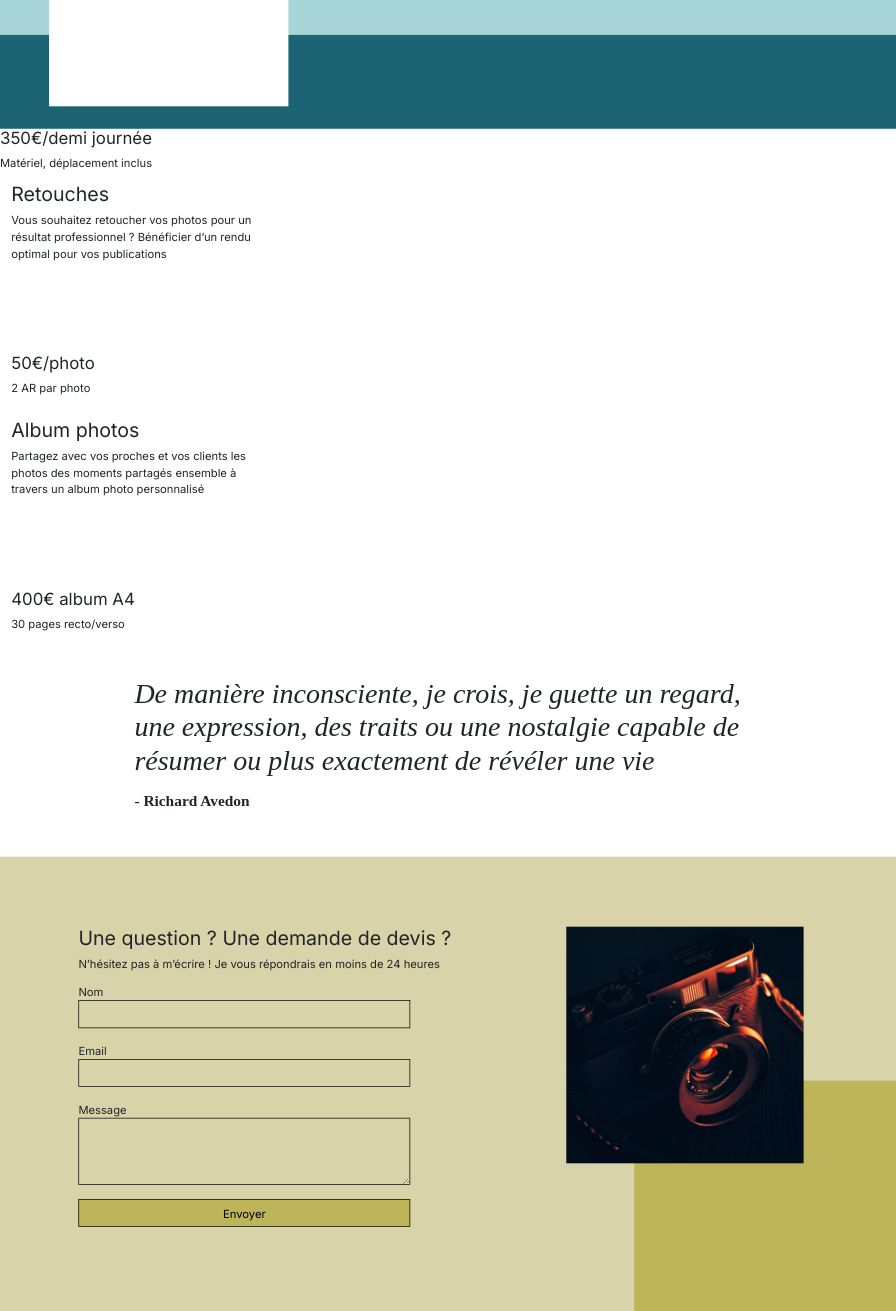
Repository: Dimple3377/project-9
Page: index.html
These files come from the project's save history. The page is drawn as it stood at one moment and after the next save; the edit follows.
The browser window is 1280 px wide. The pictures show the part of the page from y = 3167 to 5087 px (the page is 5040 px tall before and 5087 px after), at 70% of full size.
Some web fonts or font styles are not loaded; a fallback is used.

Above is the page before, as saved 2024-04-15 02:24:51.

### index.html
<!DOCTYPE html>
<html lang="fr">
  <head>
    <meta name="viewport" content="width=device-width, initial-scale=1.0" />
    <title>Nina Carducci - Photographe</title>
    <!-- Titre de la page ajouté ici -->
    <meta
      name="description"
      content="Explorez le portfolio de Nina Carducci, photographe spécialisée dans les mariages, portraits et événements en Île-de-France."
    />
    <!-- Meta description ajoutée ici -->
    <link rel="stylesheet" href="./assets/bootstrap/bootstrap.css" />
    <link rel="stylesheet" href="./assets/style.css" />
    <link rel="preconnect" href="https://fonts.googleapis.com" />
    <link rel="preconnect" href="https://fonts.gstatic.com" crossorigin />
    <link
      href="https://fonts.googleapis.com/css2?family=Inter&family=Spectral:ital,wght@0,400;1,300;1,400;1,800&display=swap"
      rel="stylesheet"
    />
    <meta charset="UTF-8" />
    <script src="./assets/bootstrap/bootstrap.bundle.js"></script>
    <script
      src="https://code.jquery.com/jquery-3.4.1.min.js"
      integrity="sha256-CSXorXvZcTkaix6Yvo6HppcZGetbYMGWSFlBw8HfCJo="
      crossorigin="anonymous"
    ></script>
    <script src="./assets/maugallery.js"></script>
    <script src="./assets/scripts.js"></script>
  </head>
  <body>
    <div class="top-header">
      <h1 class="name">Nina Carducci</h1> <!-- Changé en h1 pour indiquer le titre principal -->
      <nav class="nav">
        <ul>
          <li><a href="#about">À propos</a></li>
          <li><a href="#gallery">Galerie</a></li>
          <li><a href="#services">Service</a></li>
          <li><a href="#contact">Contact</a></li>
          <li>
            <a
              class="social-link"
              href="https://www.instagram.com/ninacarducci.photo/?hl=fr"
              target="_blank"
              ><img
                src="assets/images/instagram.png"
                alt="Logo Instagram - Suivez Nina Carducci"
            /></a>
          </li>
        </ul>
      </nav>
    </div>
    <div id="header">
      <div
        id="carouselExampleIndicators"
        class="carousel slide"
        data-bs-ride="carousel"
      >
        <div class="carousel-indicators">
          <button
            type="button"
            data-bs-target="#carouselExampleIndicators"
            data-bs-slide-to="0"
            class="active"
            aria-current="true"
            aria-label="Slide 1"
          ></button>
          <button
            type="button"
            data-bs-target="#carouselExampleIndicators"
            data-bs-slide-to="1"
            aria-label="Slide 2"
          ></button>
          <button
            type="button"
            data-bs-target="#carouselExampleIndicators"
            data-bs-slide-to="2"
            aria-label="Slide 3"
          ></button>
        </div>
        <div class="carousel-inner">
          <div class="carousel-item active">
            <img
              src="./assets/images/slider/ryoji-iwata-wUZjnOv7t0g-unsplash.jpg"
              class="d-block w-100"
              alt="Vue urbaine capturée par Ryoji Iwata"
            />
          </div>
          <div class="carousel-item">
            <img
              src="./assets/images/slider/nicholas-green-nPz8akkUmDI-unsplash.jpg"
              class="d-block w-100"
              alt="Paysage tranquille par Nicholas Green"
            />
          </div>
          <div class="carousel-item">
            <img
              src="./assets/images/slider/edward-cisneros-3_h6-1NPDGw-unsplash.jpg"
              class="d-block w-100"
              alt="Portrait émotionnel par Edward Cisneros"
            />
          </div>
        </div>
        <button
          class="carousel-control-prev"
          type="button"
          data-bs-target="#carouselExampleIndicators"
          data-bs-slide="prev"
        >
          <span class="carousel-control-prev-icon" aria-hidden="true"></span>
          <span class="visually-hidden">Previous</span>
        </button>
        <button
          class="carousel-control-next"
          type="button"
          data-bs-target="#carouselExampleIndicators"
          data-bs-slide="next"
        >
          <span class="carousel-control-next-icon" aria-hidden="true"></span>
          <span class="visually-hidden">Next</span>
        </button>
      </div>
    </div>
    <section id="about">
      <h2>A propos de moi</h2> <!-- Changé en h2 pour les grandes sections -->
      <div class="picture left">
        <img src="./assets/images/nina.png" alt="Nina Carducci souriante" />
      </div>
      <div id="about-me">
      <p>
          Devenir photographe était pour moi une évidence. Comme si j’y étais
          prédestiné. Saisir un moment, une émotion, une situation, un endroit,
          une lumière et les rendre immortels, voilà ce qui me fait vibrer.</p>

        <p>
          Nous passons notre vie à chercher le bonheur, et lorsque nous y
          touchons, nous n’avons qu’une envie : le figer au travers de
          photographies pour le savourer avec les personnes qui sont importantes
          à nos yeux, ou le partager au plus grand nombre. C’est ce que je vous
          propose : saisir ces merveilleux moments au travers de mon regard, mon
          approche, ma technique. Rendre ces moments immortels, afin que vous
          puissiez y puiser de l’amour, du bonheur, de la tendresse et de
          lumière à chaque fois que vous poserez les yeux sur vos photos.
        </p>
      </div>
    </section>

    <section id="gallery">
      <h2>Portfolio</h2>
      <div class="container py-3">
        <div class="gallery" style="display: none">
          <img
            data-gallery-tag="Concert"
            class="gallery-item"
            src="./assets/images/gallery/concerts/aaron-paul-wnX-fXzB6Cw-unsplash.jpg"
            alt="Foule lors d'un concert de nuit"
          />
          <img
            data-gallery-tag="Entreprises"
            class="gallery-item"
            src="./assets/images/gallery/entreprise/ali-morshedlou-WMD64tMfc4k-unsplash.jpg"
            alt="Intérieur d'un bureau moderne"
          />
          <img
            data-gallery-tag="Entreprises"
            class="gallery-item"
            src="./assets/images/gallery/entreprise/jason-goodman-tHO1_OuKbg0-unsplash.jpg"
            alt="Réunion d'équipe en entreprise"
          />
          <img
            data-gallery-tag="Mariages"
            class="gallery-item"
            src="./assets/images/gallery/mariage/hannah-busing-RvF2R_qMpRk-unsplash.jpg"
            alt="Couple se mariant sous un ciel clair"
          />
          <img
            data-gallery-tag="Portrait"
            class="gallery-item"
            src="./assets/images/gallery/portraits/ade-tunji-rVkhWWZFAtQ-unsplash.jpg"
            alt="Portrait d'un homme en lumière naturelle"
          />
          <img
            data-gallery-tag="Mariages"
            class="gallery-item"
            src="./assets/images/gallery/mariage/jakob-owens-SiniLJkXhMc-unsplash.jpg"
            alt="Couple de mariés partageant un moment joyeux"
          />
          <img
            data-gallery-tag="Portrait"
            class="gallery-item"
            src="./assets/images/gallery/portraits/nino-van-prattenburg--443cl1uR_8-unsplash.jpg"
            alt="Portrait artistique d'une femme"
          />
          <img
            data-gallery-tag="Concert"
            class="gallery-item"
            src="./assets/images/gallery/concerts/austin-neill-hgO1wFPXl3I-unsplash.jpg"
            alt="Artiste jouant de la guitare sur scène"
          />
          <img
            data-gallery-tag="Entreprises"
            class="gallery-item"
            src="./assets/images/gallery/entreprise/mateus-campos-felipe-Fsgzm8N0hIY-unsplash.jpg"
            alt="Bureau d'entreprise avec un design épuré"
          />
        </div>
      </div>
    </section>
      <div class="quote">
        <figure>
          <blockquote>
            <h1 class="quote__text">
              Un portrait n’est pas une ressemblance. Dès lors qu’une émotion ou
              qu’un fait est traduit en photo, il cesse d’être un fait pour
              devenir une opinion. L’inexactitude n’existe pas en photographie.
              Toutes les photos sont exactes. Aucune d’elles n’est la vérité.
            </h1>
          </blockquote>
          <figcaption class="quote__author">- Richard Avedon</figcaption>
        </figure>
      </div>
    </div>
    <section id="services">
      <h2>Mes services</h2>
      <div class="container">
        <div class="service">
          <div class="service__description">
            <h3>Shooting photo</h3>
            <p>
              Pour capturer vos moments les plus précieux et garder un souvenir
              impérissable. Je me déplace en Île-de-France pour réaliser vos
              photos
            </p>
          </div>
          </section>
          <div class="service__price">
            <h4>350€/demi journée</h4>
            <span>Matériel, déplacement inclus</span>
          </div>
        </div>
        <div class="service">
          <div class="service__description">
            <h3>Retouches</h3>
            <p>
              Vous souhaitez retoucher vos photos pour un résultat professionnel
              ? Bénéficier d’un rendu optimal pour vos publications
            </p>
          </div>
          <div class="service__price">
            <h4>50€/photo</h4>
            <span>2 AR par photo</span>
          </div>
        </div>
        <div class="service">
          <div class="service__description">
            <h3>Album photos</h3>
            <p>
              Partagez avec vos proches et vos clients les photos des moments
              partagés ensemble à travers un album photo personnalisé
            </p>
          </div>
          <div class="service__price">
            <h4>400€ album A4</h4>
            <span>30 pages recto/verso</span>
          </div>
        </div>
      </div>
    </section>
    <div class="quote">
      <figure>
        <blockquote>
          <h1 class="quote__text">
            De manière inconsciente, je crois, je guette un regard, une
            expression, des traits ou une nostalgie capable de résumer ou plus
            exactement de révéler une vie
          </h1>
        </blockquote>
        <figcaption class="quote__author">- Richard Avedon</figcaption>
      </figure>
    </div>
    <div id="contact">
      <div class="container">
        <div class="form-container">
          <h3>Une question ? Une demande de devis ?</h3>
          <p>
            N’hésitez pas à m’écrire ! Je vous répondrais en moins de 24 heures
          </p>
          <form action="" method="post">
            <label for="nom">Nom</label>
            <input type="text" name="nom" id="nom" />
            <label for="email">Email</label>
            <input type="email" name="email" id="email" />
            <label for="message">Message</label>
            <textarea
              name="message"
              id="message"
              cols="30"
              rows="10"
            ></textarea>
            <input type="submit" value="Envoyer" />
          </form>
        </div>
        <div class="picture right">
          <img src="./assets/images/camera.png" alt="Icône de caméra" />
        </div>
      </div>
    </div>
  </body>
</html>

### assets/style.css
body {
  max-width: 1920px;
  margin: auto;
}
* {
  font-family: "Inter";
  font-style: normal;
}
.top-header {
  background-color: white;
  position: sticky;
  top: 0;
  z-index: 1000;
  display: flex;
  justify-content: space-between;
  padding-inline: 100px;
  padding-block: 30px;
  align-items: center;
}

.top-header .name {
  font-size: 26px;
}

.nav ul {
  display: flex;
  list-style-type: none;
  font-size: 14px;
  margin-bottom: 0;
}

.nav li {
  padding-inline: 10px;
}

.nav a {
  text-decoration: none;
  color: #000;
}

.social-link img {
  width: 20px;
}

#about {
  display: flex;
  background-color: #f6d2b8;
  padding-inline: 100px;
  padding-block: 100px;
  position: relative;
}

.picture.left::before {
  content: " ";
  background-color: #e5975f;
  width: 374px;
  height: 329px;
  position: absolute;
  bottom: 0;
  left: 0;
  z-index: -1;
}

.picture {
  flex: 1;
  margin: 0 20px;
  z-index: 0;
}

.picture img {
  width: 100%;
}
#about-me {
  flex: 2;
}
.about-me__title {
  margin-top: 1em;
  margin-bottom: 60px;
  font-size: 30px;
}
.about-me__introduction {
  font-family: "Spectral";
  font-weight: 800;
  font-style: italic;
  width: 60%;
}
#about-me p {
  width: 80%;
  font-size: 14px;
}

#gallery {
  /*	min-height: 100vh; */
}
.title {
  text-align: center;
  padding-block: 2em;
}
.gallery .nav {
  justify-content: center;
}
.nav-pills .nav-link.active,
.nav-pills .show > .nav-link {
  color: #fff;
  background-color: #5a5a2d; /* Plus foncé pour un meilleur contraste */
  border-radius: 0;
}
.nav-pills .nav-link {
  color: #000;
}
.item-column {
  position: relative;
  margin-bottom: 0 !important;
  padding: 0;
}
.item-column::after {
  content: "";
  display: block;
  padding-bottom: 100%;
}
.gallery-item {
  position: absolute;
  width: 100%;
  height: 100%;
  object-fit: cover;
  padding: 0.5em;
}
.mg-prev,
.mg-next {
  width: 30px;
  height: 30px;
  border-radius: 00%;
  justify-content: center;
  align-items: center;
  display: flex;
  font-size: 24px;
}

.quote {
  font-family: "Spectral";
  font-style: italic;
  width: 70%;
  margin: auto;
  padding-block: 3em;
}
.quote__text {
  font-family: Spectral;
  font-style: italic;
  font-weight: 300;
}
.quote__author {
  font-family: Spectral;
  font-weight: 800;
  font-size: 22px;
}

#services {
  margin: auto;
  background-color: #a8d5d8;
  color: #2c3e50; /* Texte plus foncé pour un meilleur contraste */
  position: relative;
}
#services .container::before {
  content: " ";
  background-color: #1c6474;
  position: absolute;
  width: 100%;
  height: 30%;
  bottom: 0;
  left: 0;
  z-index: 0;
}

#services .container {
  justify-content: space-between;
  display: flex;
  padding: 2em 0;
}

.service {
  background-color: white;
  max-width: 390px;
  width: 30%;
  height: 337px;
  padding: 1em;
  display: flex;
  flex-direction: column;
  justify-content: space-between;
  z-index: 1;
}

#contact {
  margin: auto;
  background-color: #d8d3a8;
  position: relative;
  padding-inline: 100px;
  padding-block: 100px;
}

#contact .container {
  display: flex;
}
.picture.right::before {
  content: " ";
  background-color: #beb45a;
  width: 374px;
  height: 329px;
  position: absolute;
  bottom: 0;
  right: 0;
  z-index: -1;
}
.form-container {
  flex: 2;
}
form {
  display: flex;
  flex-direction: column;
  width: 70%;
  align-items: flex-start;
}

form input {
  width: 100%;
  background-color: transparent;
  border: solid 1px;
  height: 2.5em;
  margin-bottom: 20px;
}

form textarea {
  width: 100%;
  background-color: transparent;
  border: solid 1px;
  height: 5em;
  line-height: 2.5em;
  font-size: 1.2em;
  margin-bottom: 20px;
}
input[type="submit"] {
  background-color: #beb45a;
  padding: 0.5em 1em;
}

@media all and (max-width: 1180px) {
  .picture {
    flex: 2;
  }
  #about,
  #contact .container {
    align-items: center;
  }
  .about-me__title {
    margin-top: 0;
    margin-bottom: 1em;
  }
  #about-me h6,
  #about-me p {
    width: 100%;
  }
}

@media all and (max-width: 1000px) {
  #about {
    flex-direction: column;
  }
  .picture {
    width: 50%;
  }
  .picture.left::before {
    width: 100%;
    height: 30%;
    position: absolute;
    bottom: auto;
    top: 0;
    left: 0;
    z-index: -1;
  }
  .about-me__title {
    text-align: center;
    margin-top: 1em;
  }
  #services .container {
    flex-direction: column;
  }
  .service {
    width: 100%;
    max-width: 100%;
    height: auto;
    margin: 2em 0;
  }
  .service__description {
    margin-bottom: 1em;
  }

  #services .container::before {
    width: 30%;
    height: 100%;
    bottom: 0;
    right: 0;
    left: auto;
    z-index: 0;
  }

  #contact .container {
    flex-direction: column;
  }
  #contact .picture.right {
    margin-top: 1em;
  }
  .picture.right::before {
    width: 100%;
    height: 30%;
    position: absolute;
    bottom: 0;
    right: 0;
    z-index: -1;
  }
}

@media all and (max-width: 650px) {
  .top-header {
    flex-direction: column;
    padding-inline: 0;
  }
  .top-header .nav,
  .top-header .nav ul {
    width: 100%;
    padding: 0 0 0 0;
  }
  .top-header .nav li {
    flex: 1;
    padding-block: 1em;
    text-align: center;
  }
  .picture.left::before,
  .picture.right::before {
    height: 150px;
  }
  #services .container {
    align-items: center;
  }
  .service {
    max-width: 90%;
  }
  #about,
  #contact {
    padding-inline: 2em;
    padding-block: 2em;
  }
  form {
    width: 100%;
  }
  .picture {
    width: 80%;
  }
}

Loaded but not shown: assets/bootstrap/bootstrap.css (library); assets/bootstrap/bootstrap.bundle.js (library); assets/scripts.js (common file); assets/maugallery.js (263 lines, source omitted)

After the next save:
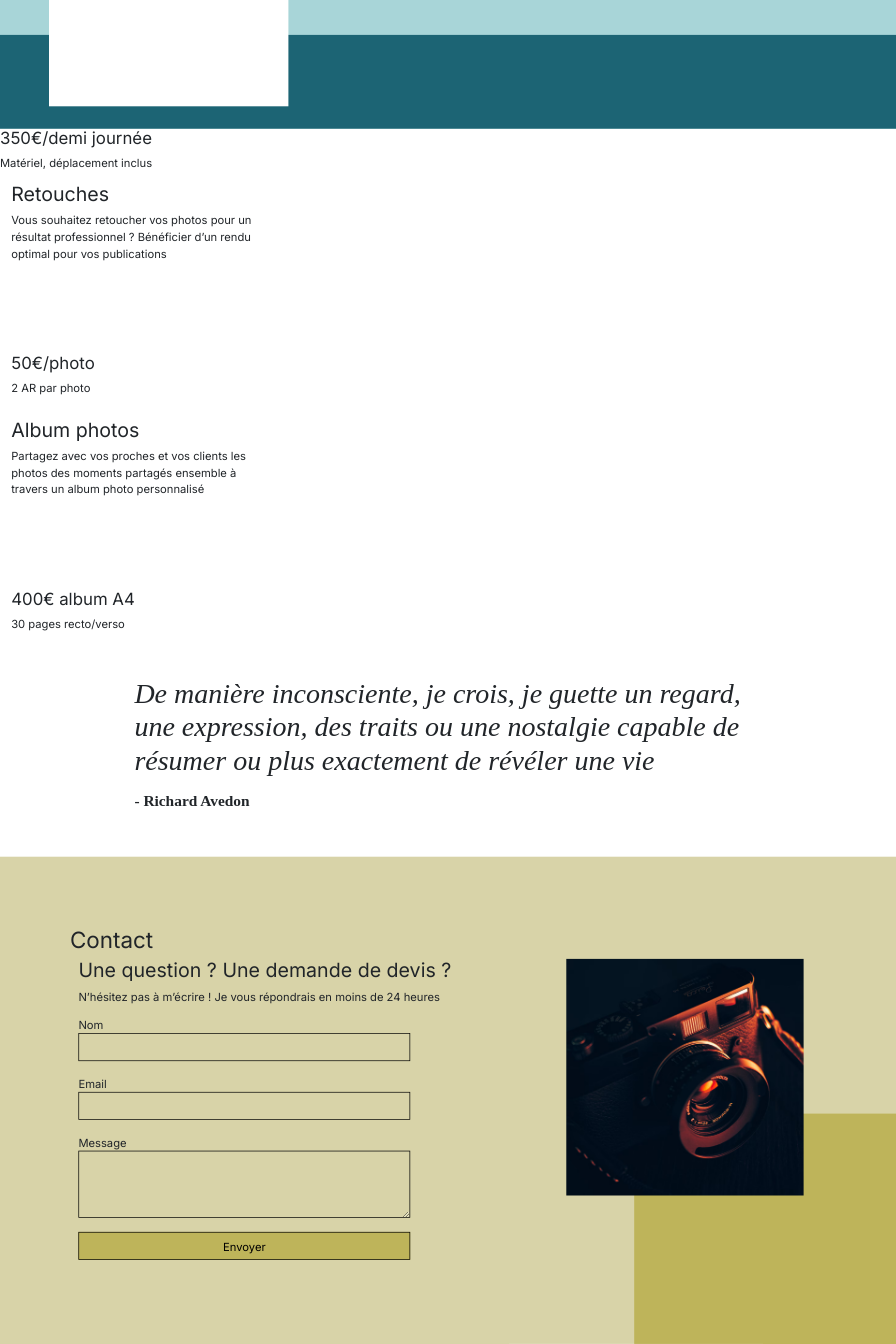
Saved 86 s later.
--- a/index.html
+++ b/index.html
@@ -277,7 +277,8 @@
         <figcaption class="quote__author">- Richard Avedon</figcaption>
       </figure>
     </div>
-    <div id="contact">
+    <section id="contact">
+      <h2>Contact</h2>
       <div class="container">
         <div class="form-container">
           <h3>Une question ? Une demande de devis ?</h3>
@@ -303,6 +304,6 @@
           <img src="./assets/images/camera.png" alt="Icône de caméra" />
         </div>
       </div>
-    </div>
+    </section>
   </body>
 </html>
